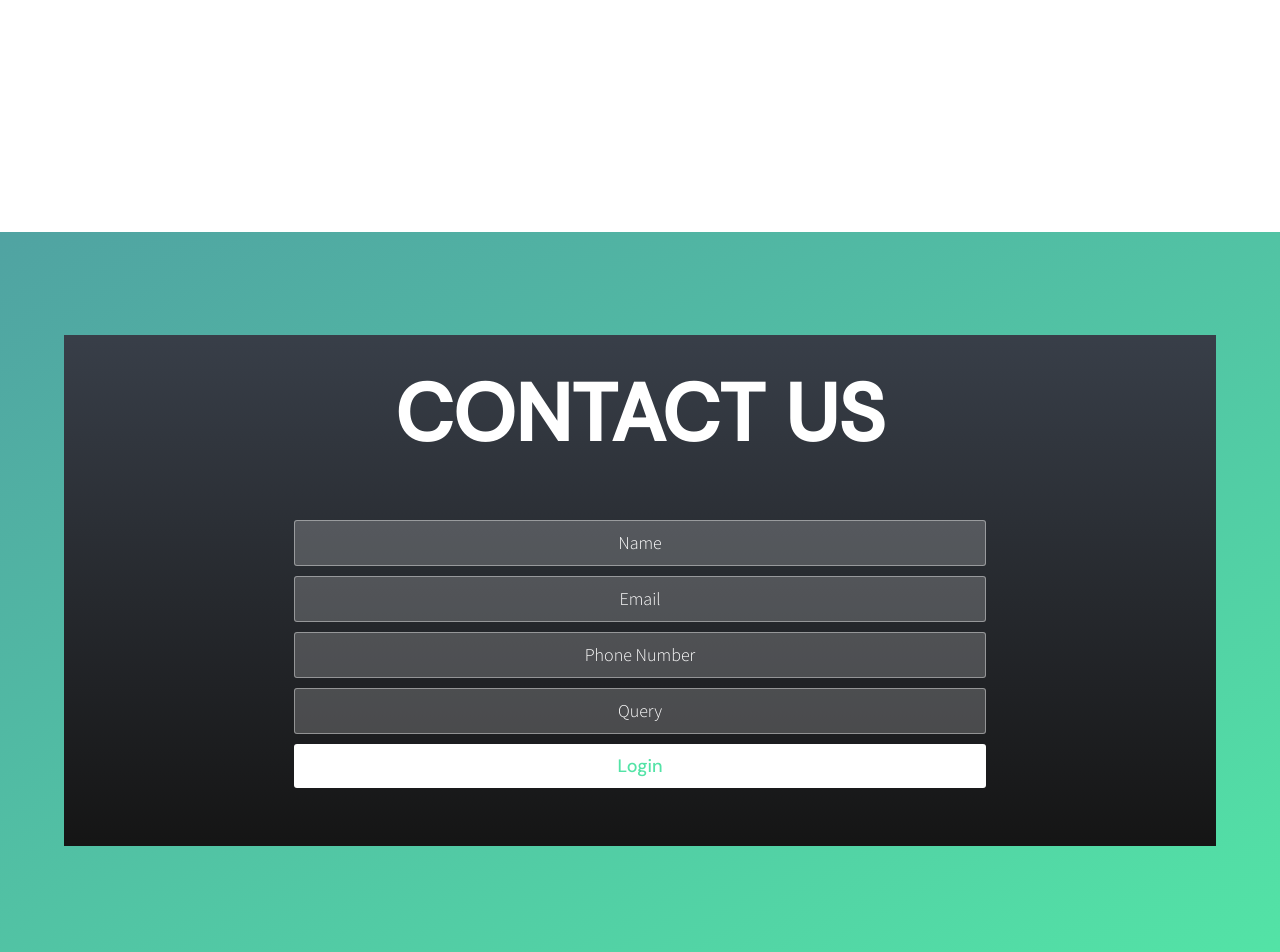
Repository: Jrap-bit/PeriodofSharing
Page: index.html
These files come from the project's save history. The page is drawn as it stood at one moment and after the next save; the edit follows.
The browser window is 1280 px wide. The pictures show the part of the page from y = 1325 to 2277 px (the page is 2277 px tall).

Above is the page before, as saved 2022-01-16 01:22:45.

After the next save:
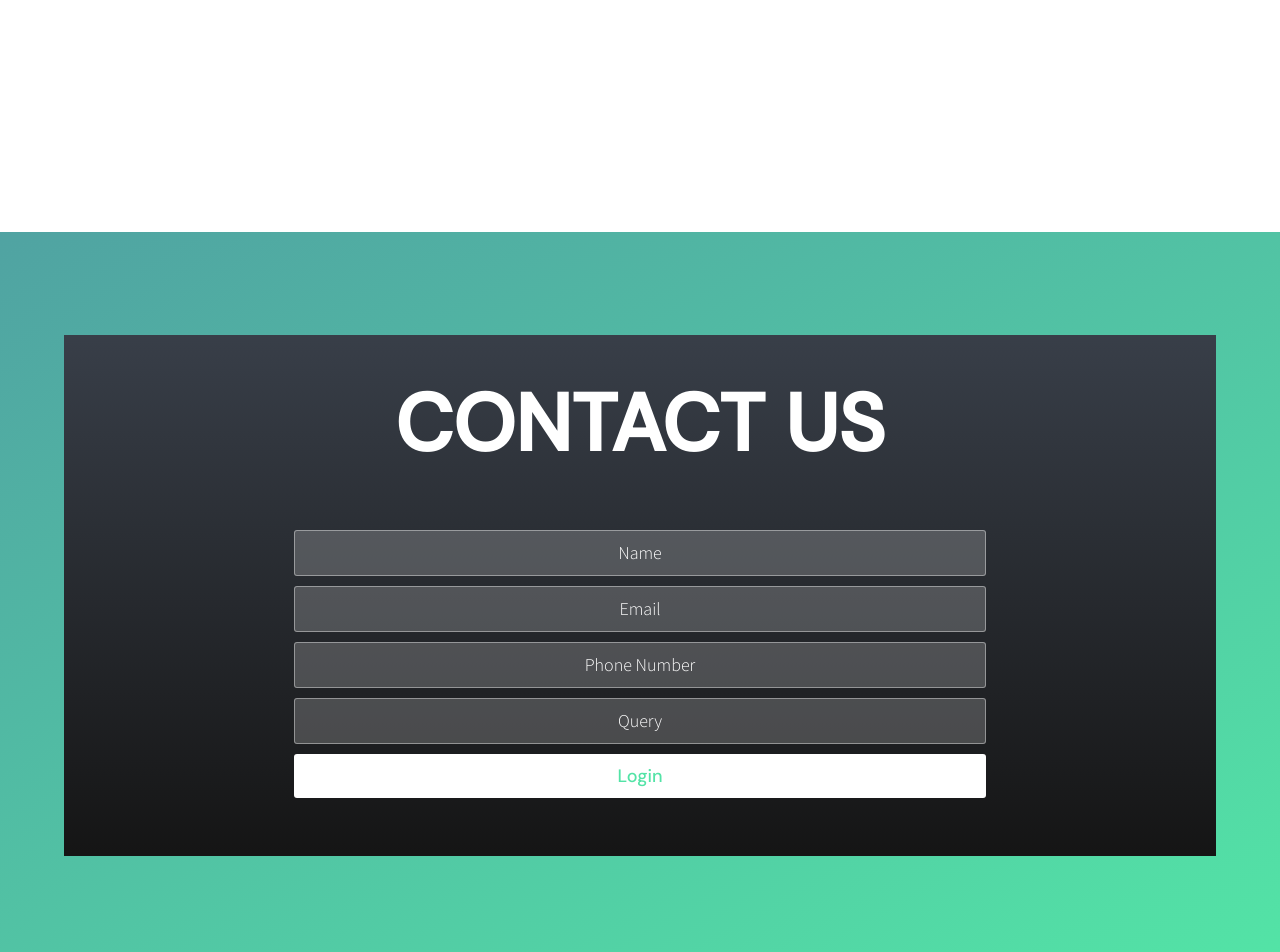
Saved 10 s later.
--- a/style.css
+++ b/style.css
@@ -65,7 +65,7 @@ body :-ms-input-placeholder {
 .form-header{
     font-family: 'DM Sans', sans-serif;
     color: #fff;
-    margin-top: -30px;
+    margin-top: -20px;
     font-weight: 600;
     font-size: 5rem;
 }
